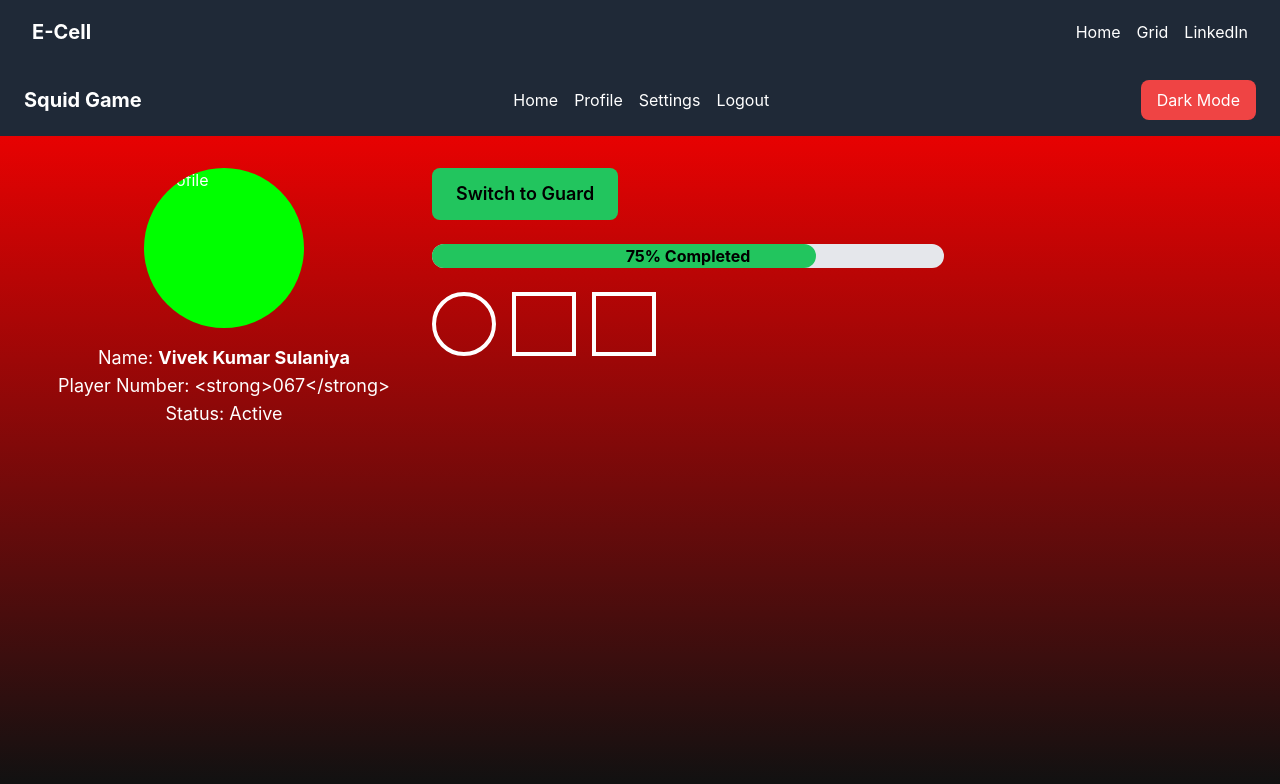
Repository: Vivek300705/Dashboard
Page: /second-page
These files come from the project's save history. The page is drawn as it stood at one moment and after the next save; the edit follows.
The browser window is 1280 px wide. The pictures show the whole page.
The project was rebuilt for these pictures with package versions that can differ from the ones it lists, and the page was loaded fresh each time. Also part of the build but not shown: src/components/Home.js.

Above is the page before, as saved 2025-01-22 23:06:35.
Not found: profile-player.jpeg

### src/App.js
import React from "react";
import { BrowserRouter as Router, Routes, Route } from "react-router-dom";
import Home from "./components/Home";
import Navbar from "./components/Navbar";
import SecondPage from "./components/Profile";// Import the Navbar component

function App() {
  return (
    <Router>
      <div className="App">
        <Navbar /> {/* Include Navbar Component */}
        <Routes>
          <Route path="/" element={<Home />} />
          <Route path="/second-page" element={<SecondPage />} />
          {/* Add other routes here */}
        </Routes>
      </div>
    </Router>
  );
}

export default App;

### src/components/Navbar.js
import React, { useState } from "react";
import { Link } from "react-router-dom";

const Navbar = () => {
  const [isMenuOpen, setIsMenuOpen] = useState(false);

  return (
    <nav className="bg-gray-800 text-white">
      <div className="max-w-7xl mx-auto px-4 sm:px-6 lg:px-8">
        <div className="flex justify-between items-center h-16">
          <div className="flex items-center">
            <Link
              to="/"
              className="text-xl font-bold text-white hover:text-gray-300"
            >
              E-Cell
            </Link>
          </div>
          <div className="hidden md:flex space-x-4">
            <Link className="hover:underline hover:text-gray-300" to="/second-page">
              Home
            </Link>
            <Link className="hover:underline hover:text-gray-300" to="/">
              Grid
            </Link>
            <a
              className="hover:underline hover:text-gray-300"
              href="https://www.linkedin.com/in/vivek-kumar-sulaniya-ba8204267/"
              target="_blank"
              rel="noopener noreferrer"
            >
              LinkedIn
            </a>
          </div>
          <div className="md:hidden">
            <button
              className="text-gray-300 hover:text-white focus:outline-none"
              onClick={() => setIsMenuOpen(!isMenuOpen)}
            >
              <svg
                className="h-6 w-6"
                xmlns="http://www.w3.org/2000/svg"
                fill="none"
                viewBox="0 0 24 24"
                stroke="currentColor"
              >
                {isMenuOpen ? (
                  <path
                    strokeLinecap="round"
                    strokeLinejoin="round"
                    strokeWidth={2}
                    d="M6 18L18 6M6 6l12 12"
                  />
                ) : (
                  <path
                    strokeLinecap="round"
                    strokeLinejoin="round"
                    strokeWidth={2}
                    d="M4 6h16M4 12h16M4 18h16"
                  />
                )}
              </svg>
            </button>
          </div>
        </div>
      </div>
      {/* Mobile Menu */}
      {isMenuOpen && (
        <div className="md:hidden">
          <div className="px-2 pt-2 pb-3 space-y-1 sm:px-3">
            <Link
              className="block text-white hover:underline hover:text-gray-300"
              to="/"
              onClick={() => setIsMenuOpen(false)}
            >
              Home
            </Link>
            <Link
              className="block text-white hover:underline hover:text-gray-300"
              to="/grid"
              onClick={() => setIsMenuOpen(false)}
            >
              Grid
            </Link>
            <a
              className="block text-white hover:underline hover:text-gray-300"
              href="https://www.linkedin.com/in/your-profile/"
              target="_blank"
              rel="noopener noreferrer"
              onClick={() => setIsMenuOpen(false)}
            >
              LinkedIn
            </a>
          </div>
        </div>
      )}
    </nav>
  );
};

export default Navbar;

### src/components/Profile.js
import React, { useState, useEffect } from "react";

function SquidGamePage() {
  const [isDarkMode, setIsDarkMode] = useState(false);
  const [isPlayer, setIsPlayer] = useState(true);

  const toggleTheme = () => {
    setIsDarkMode((prevMode) => !prevMode);
  };

  const toggleRole = () => {
    setIsPlayer((prevRole) => !prevRole);
  };

  useEffect(() => {
    const userPrefersDark = window.matchMedia("(prefers-color-scheme: dark)").matches;
    setIsDarkMode(userPrefersDark);
  }, []);

  return (
    <div
      className={`min-h-screen ${
        isDarkMode ? "bg-black text-white" : "bg-gradient-to-b from-[#FF0000] to-[#111111] text-white"
      }`}
    >
      {/* Navbar */}
      <nav
        className={`w-full py-4 px-6 flex items-center justify-between ${
          isDarkMode ? "bg-gray-900" : "bg-gray-800"
        }`}
      >
        <div className="text-xl font-bold">Squid Game</div>
        <ul className="flex space-x-4">
          <li className="hover:underline cursor-pointer">Home</li>
          <li className="hover:underline cursor-pointer">Profile</li>
          <li className="hover:underline cursor-pointer">Settings</li>
          <li className="hover:underline cursor-pointer">Logout</li>
        </ul>
        <button
          onClick={toggleTheme}
          className="py-2 px-4 bg-red-500 rounded-lg hover:bg-red-600"
          aria-label="Toggle Theme"
        >
          {isDarkMode ? "Light Mode" : "Dark Mode"}
        </button>
      </nav>

      {/* Main Content */}
      <div className="container mx-auto px-4 py-8">
        {/* Two-Column Layout */}
        <div className="flex flex-col lg:flex-row items-center lg:items-start lg:justify-between">
          {/* Left Column - Profile Picture and Details */}
          <div className="flex flex-col items-center lg:w-1/3">
            <div
              className={`w-40 h-40 rounded-full mb-4 ${
                isPlayer ? "bg-[#00FF00]" : "bg-[#FF0000]"
              }`}
            >
              <img
                src={isPlayer ? "/profile-player.jpeg" : "/profile-guard.jpeg"}
                alt="Profile"
                className="w-full h-full object-cover rounded-full"
              />
            </div>
            <div className="text-center text-lg">
              <p>Name: <strong>Vivek Kumar Sulaniya</strong></p>
              <p>
                {isPlayer
                  ? `Player Number: <strong>067</strong>`
                  : `Guard Rank: <strong>Supervisor</strong>`}
              </p>
              <p>Status: {isPlayer ? "Active" : "On Duty"}</p>
            </div>
          </div>

          {/* Right Column - Interactive Elements */}
          <div className="lg:w-2/3 flex flex-col items-center lg:items-start mt-6 lg:mt-0">
            {/* Role Button */}
            <button
              onClick={toggleRole}
              className={`py-3 px-6 mb-6 text-lg font-semibold rounded-lg ${
                isPlayer
                  ? "bg-green-500 text-black hover:bg-green-600"
                  : "bg-red-500 text-white hover:bg-red-600"
              }`}
            >
              Switch to {isPlayer ? "Guard" : "Player"}
            </button>

            {/* Game Progress */}
            {isPlayer && (
              <div className="w-full max-w-lg bg-gray-200 rounded-full h-6 mb-6 relative">
                <div className="bg-green-500 h-6 rounded-full" style={{ width: "75%" }}></div>
                <span className="absolute inset-0 flex justify-center items-center text-black font-bold">
                  75% Completed
                </span>
              </div>
            )}

            {/* Decorative Shapes */}
            <div className="flex space-x-4">
              <div className="w-16 h-16 bg-transparent border-4 border-white rounded-full"></div>
              <div className="w-16 h-16 bg-transparent border-4 border-white"></div>
              <div className="w-16 h-16 bg-transparent border-4 border-white"></div>
            </div>
          </div>
        </div>
      </div>
    </div>
  );
}

export default SquidGamePage;

### tailwind.config.js
/** @type {import('tailwindcss').Config} */
module.exports = {
  content: ["./src/**/*.{html,js}"],
  theme: {
    extend: { colors: {
      squidRed: "#D62C2F",  // Custom Squid Game red
    },
    animation: {
      pulse: "pulse 1.5s ease-in-out infinite",  // Add custom animations
    }},
  },
  plugins: [],
}

Loaded but not shown: public/index.html (common file); src/index.js (common file); src/index.css (common file); src/reportWebVitals.js (common file)

After the next save:
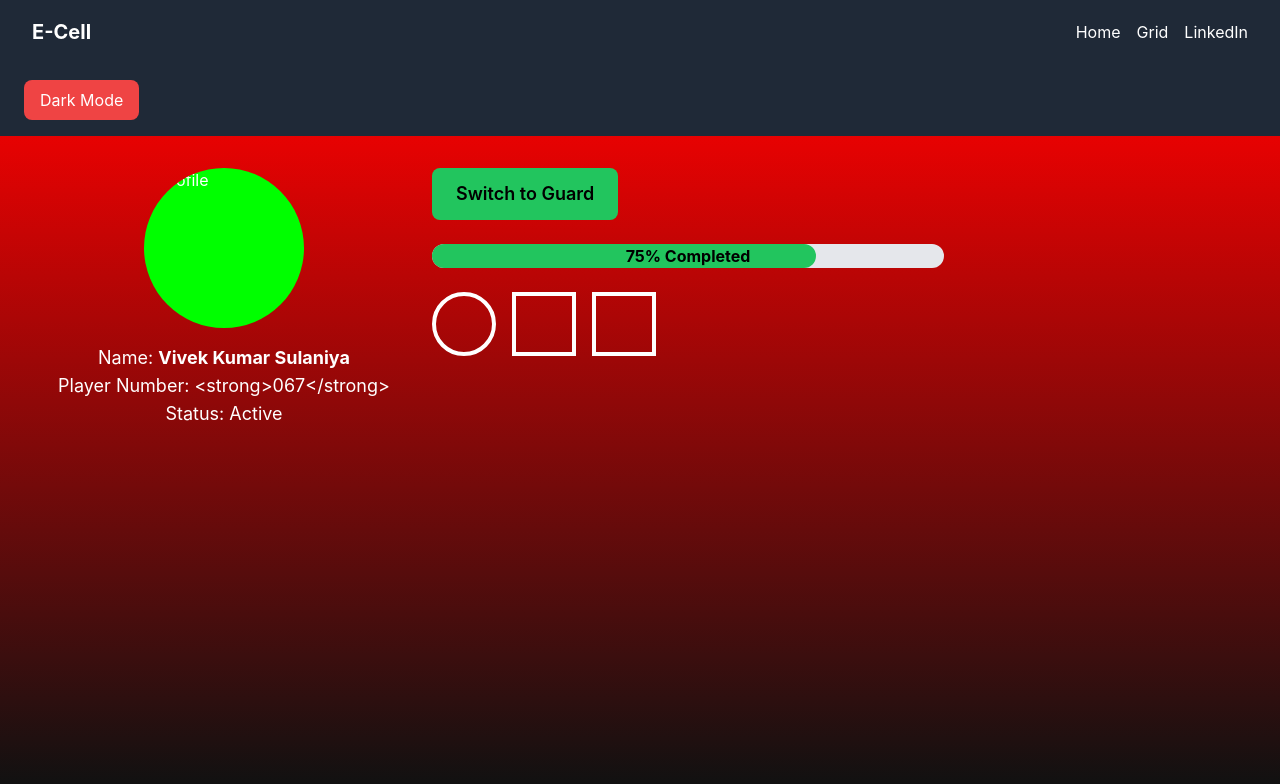
Saved 37 s later.
--- a/src/components/Profile.js
+++ b/src/components/Profile.js
@@ -29,13 +29,6 @@
           isDarkMode ? "bg-gray-900" : "bg-gray-800"
         }`}
       >
-        <div className="text-xl font-bold">Squid Game</div>
-        <ul className="flex space-x-4">
-          <li className="hover:underline cursor-pointer">Home</li>
-          <li className="hover:underline cursor-pointer">Profile</li>
-          <li className="hover:underline cursor-pointer">Settings</li>
-          <li className="hover:underline cursor-pointer">Logout</li>
-        </ul>
         <button
           onClick={toggleTheme}
           className="py-2 px-4 bg-red-500 rounded-lg hover:bg-red-600"
